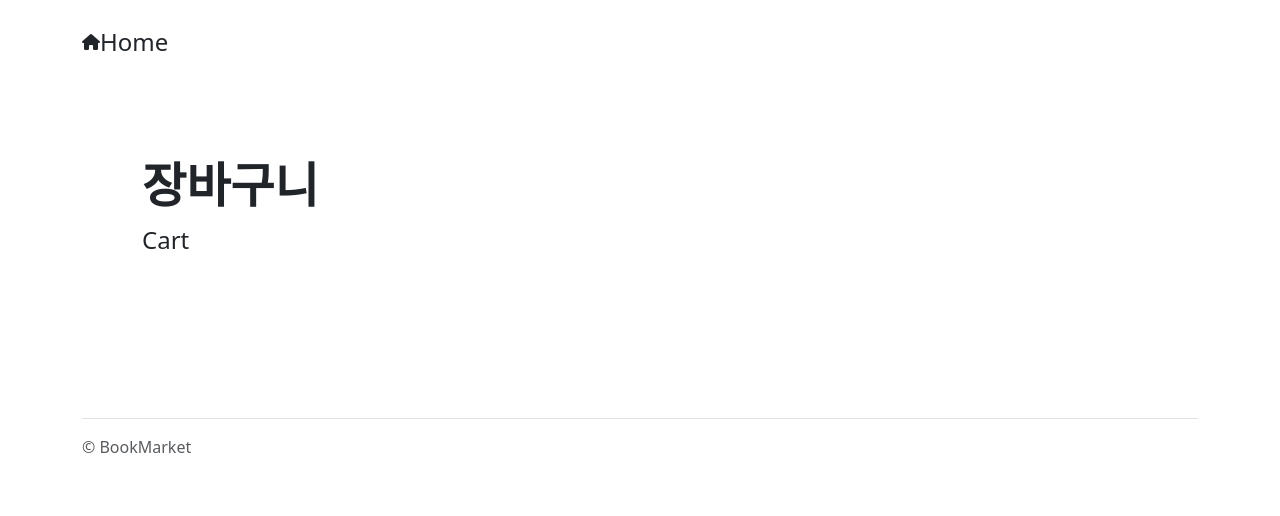
Repository: byeolchorong/ITedunet
Page: http://localhost/BookMarket/cart.jsp
The author's editor kept a copy of each file at every save. The page is drawn from the files as they stood at one save, then again after the next save.
The browser window is 1280 px wide. The pictures show the whole page.
Some web libraries are served in a nearby version. The page is served by Tomcat 10. Nobody is signed in. The application's start-up code is not run. Other server files are loaded and not shown.

Above is the page before, as saved 2025-05-30 07:51:26.

### JSP/BookMarket/src/main/webapp/cart.jsp
<%@ page language="java" contentType="text/html; charset=UTF-8"
    pageEncoding="UTF-8"%>
<%@ page import="java.util.ArrayList" %>
<%@ page import="dto.Book" %>
<%@ page import="dao.BookRepository" %>
<!DOCTYPE html>
<html>
<head>
<link href="https://cdn.jsdelivr.net/npm/bootstrap@5.3.6/dist/css/bootstrap.min.css" rel="stylesheet">
<script src="https://kit.fontawesome.com/705381df09.js" crossorigin="anonymous"></script>
<meta charset="UTF-8">
<%
	String cartId = session.getId();
%>
<title>장바구니</title>
</head>
<body>
<div class="container py-4">
	<%@ include file="menu.jsp" %>

	<div class="p-5 mb-4 bg-body-terrtiary rounded-3">
		<div class="container-fluid py-5">
			<h1 class="display-5 fw-bold">장바구니</h1>
			<p class="col-md-8 fs-4">Cart
		</div>
	</div>

	<div class="row align-items-md-stretch">
		<div class="row">

		</div>
	</div>
	<%@ include file="footer.jsp" %>
</div>
</body>
</html>

### JSP/BookMarket/src/main/webapp/menu.jsp
<%@ page language="java" contentType="text/html; charset=UTF-8"
    pageEncoding="UTF-8"%>
<link href="https://cdn.jsdelivr.net/npm/bootstrap@5.3.6/dist/css/bootstrap.min.css" rel="stylesheet">
<script src="https://kit.fontawesome.com/705381df09.js" crossorigin="anonymous"></script>

	<header>
		<a href="./welcome.jsp" class="d-flex align-items-center text-dark text-decoration-none">
			<i class="fa-solid fa-house"></i>
			<span class="fs-4">Home</span>
		</a>
	</header>

### JSP/BookMarket/src/main/webapp/footer.jsp
<%@ page language="java" contentType="text/html; charset=UTF-8"
    pageEncoding="UTF-8"%>

	<footer class="pt-3 mt-4 text-body-secondary border-top">
		&copy; BookMarket
	</footer>

After the next save:
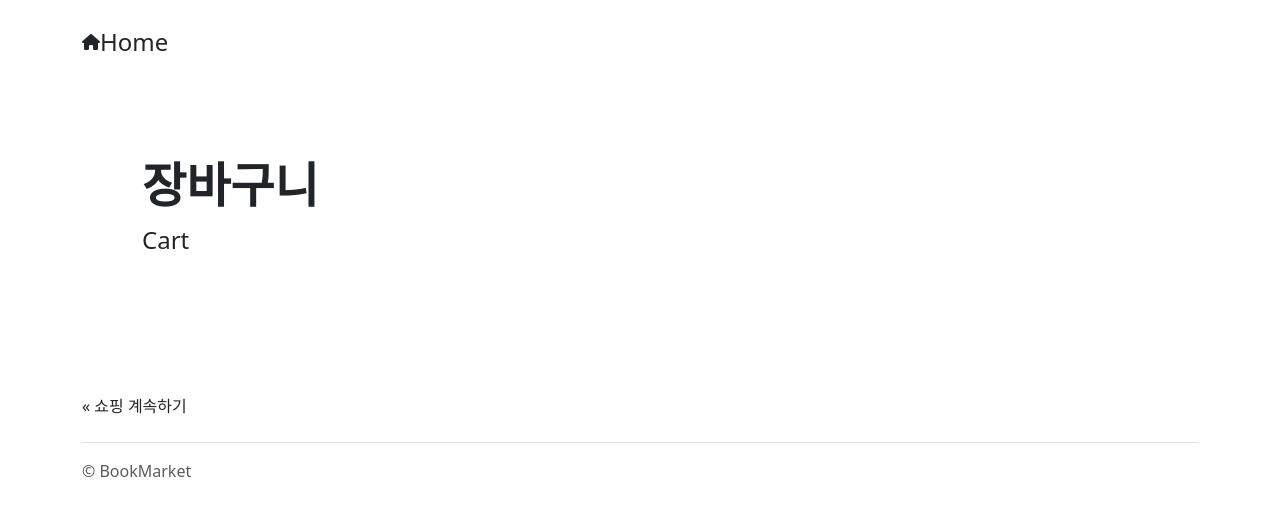
Saved 34 s later.
--- a/JSP/BookMarket/src/main/webapp/cart.jsp
+++ b/JSP/BookMarket/src/main/webapp/cart.jsp
@@ -27,7 +27,10 @@
 
 	<div class="row align-items-md-stretch">
 		<div class="row">
+			<table>
 
+			</table>
+			<a>&laquo; 쇼핑 계속하기</a>
 		</div>
 	</div>
 	<%@ include file="footer.jsp" %>
